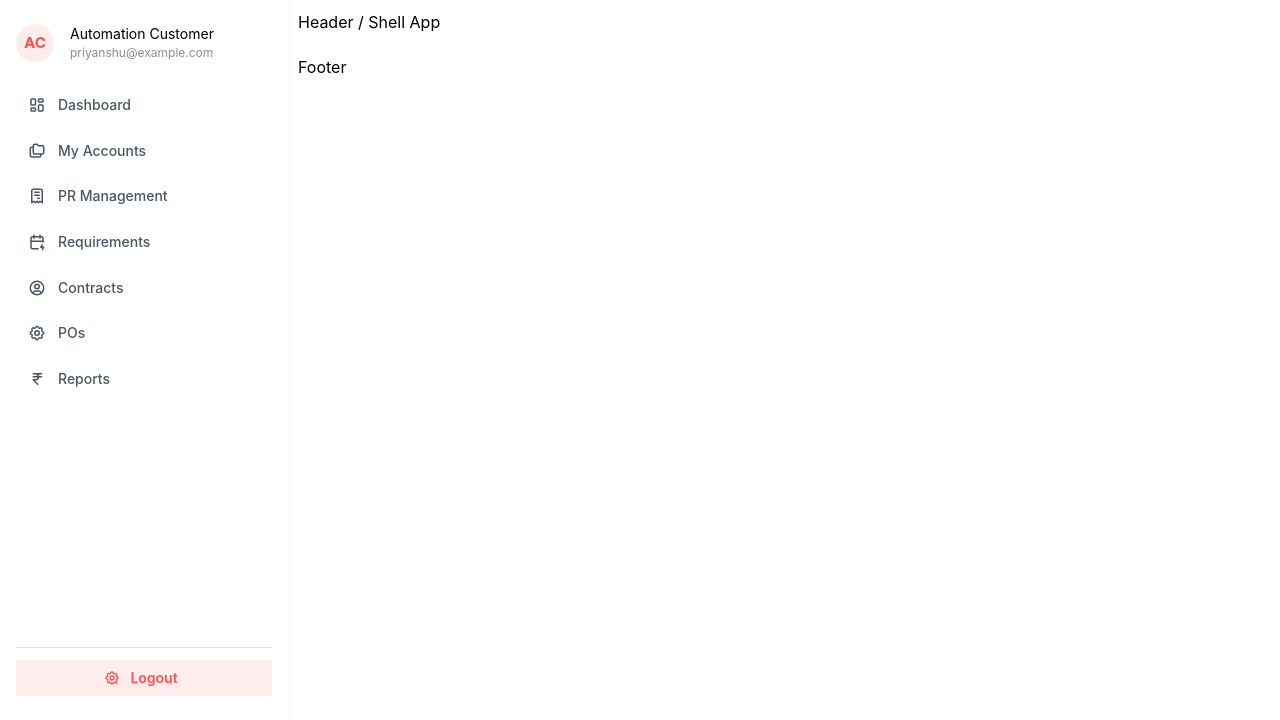
Repository: PriyanshuSahu2/MicroFrontEndReact
Page: / (app in ShellApp/)
These files come from the project's save history. The page is drawn as it stood at one moment and after the next save; the edit follows.
The browser window is 1280 px wide. The pictures show the whole page.
The project was rebuilt for these pictures with package versions that can differ from the ones it lists, and the page was loaded fresh each time. Also part of the build but not shown: ShellApp/vite.config.js.

Above is the page before, as saved 2025-08-30 21:13:15.

### ShellApp/src/main.jsx
import { StrictMode } from "react";
import { createRoot } from "react-dom/client";

import App from "./App.jsx";
import { MantineProvider } from "@mantine/core";

createRoot(document.getElementById("root")).render(
  <StrictMode>
    <MantineProvider
      withGlobalClasses
      defaultColorScheme="light"
      theme={{
        fontFamily: "Inter, sans-serif",
        primaryColor: "indigo",
      }}
    >
      <App />
    </MantineProvider>
  </StrictMode>
);

### ShellApp/src/App.jsx
import { BrowserRouter, Routes, Route } from 'react-router-dom';

import PreRFQPage from 'preRfq/PreRFQPage';
import RFQPage from 'rfq/RFQPage';
import PostRFQPage from 'postRfq/PostRFQPage';
import ShellLayout from './components/Layout';
import "@mantine/core/styles.css";
function App() {
  return (
    <BrowserRouter>
      <Routes>
        <Route path="/" element={<ShellLayout />}>
          <Route path="pre" element={<PreRFQPage />} />
          <Route path="rfq" element={<RFQPage />} />
          <Route path="post" element={<PostRFQPage />} />
        </Route>
      </Routes>
    </BrowserRouter>
  );
}

export default App;

### ShellApp/src/components/Layout.jsx
import {  Box } from "@mantine/core";
import { Outlet } from "react-router-dom";
import Sidebar from "./Sidebar";

export default function ShellLayout() {
  return (
    <Box style={{ display: "flex", minHeight: "100vh" }}>
      <Sidebar />
      <Box sx={{ flex: 1, display: "flex", flexDirection: "column" }}>
        <Box height={60} p="xs">
          Header / Shell App
        </Box>
        <Box sx={{ flex: 1, padding: "16px", backgroundColor: "#fafafa" }}>
          <Outlet />
        </Box>
        <Box height={50} p="xs">
          Footer
        </Box>
      </Box>
    </Box>
  );
}

### ShellApp/src/components/Sidebar.jsx
import {
    IconLayoutDashboard,
    IconSettings,
    IconReceipt,
    IconFolders,
    IconUserCircle,
    IconCurrencyRupee,
    IconCalendarBolt,
  } from "@tabler/icons-react";
  import { Avatar, Button, Divider, Text, Select, Group } from "@mantine/core";
  import { Link } from "react-router-dom";

  const navItems = [
    { name: "Dashboard", icon: IconLayoutDashboard },
    { name: "My Accounts", icon: IconFolders },
    { name: "PR Management", icon: IconReceipt },
    { name: "Requirements", icon: IconCalendarBolt },
    { name: "Contracts", icon: IconUserCircle },
    { name: "POs", icon: IconSettings },
    { name: "Reports", icon: IconCurrencyRupee },
  ];

  export default function Sidebar() {
    const cycles = [
      { label: "Cycle 1", value: "1" },
      { label: "Cycle 2", value: "2" },
    ];

    const user = { name: "Automation Customer", email: "priyanshu@example.com" };

    const sidebarStyle = {
      width: '288px', // 72 * 4
      height: '100vh',
      backgroundColor: 'white',
      boxShadow: '0 0 10px rgba(0,0,0,0.05)',
      display: 'flex',
      flexDirection: 'column',
      justifyContent: 'space-between',
      padding: '24px 16px',
    };

    const topSectionStyle = {
      display: 'flex',
      flexDirection: 'column',
    };

    const userInfoStyle = {
      marginBottom: '24px',
    };

    const navLinkStyle = {
      display: 'flex',
      alignItems: 'center',
      gap: '12px',
      padding: '8px 12px',
      borderRadius: '8px',
      fontSize: '14px',
      fontWeight: 500,
      color: '#4B5563', // gray-700
      textDecoration: 'none',
      transition: 'all 0.2s',
    };



    const bottomSectionStyle = {};

    return (
      <div style={sidebarStyle}>
        <div style={topSectionStyle}>
          <div style={userInfoStyle}>
            <Group align="center" spacing="sm">
              <Avatar radius="xl" color="initials" size="md" name={user.name} />
              <div>
                <Text weight={600} size="sm">{user.name}</Text>
                <Text size="xs" color="dimmed">{user.email}</Text>
              </div>
            </Group>
          </div>

          {/* Nav Links */}
          <div style={{ display: 'flex', flexDirection: 'column', gap: '8px' }}>
            {navItems.map((item) => {
              const Icon = item.icon;
              return (
                <Link
                  key={item.name}
                  to="#"
                  style={navLinkStyle}
                  onMouseEnter={e => e.currentTarget.style.backgroundColor = '#F9FAFB'}
                  onMouseLeave={e => e.currentTarget.style.backgroundColor = 'transparent'}
                >
                  <Icon size={18} />
                  {item.name}
                </Link>
              );
            })}
          </div>
        </div>

        {/* Bottom Section / Logout */}
        <div style={bottomSectionStyle}>
          <Divider my="sm" />
          <Button
            fullWidth
            variant="light"
            color="red"
            leftSection={<IconSettings size={16} />}
          >
            Logout
          </Button>
        </div>
      </div>
    );
  }

Loaded but not shown: ShellApp/index.html (common file)

After the next save:
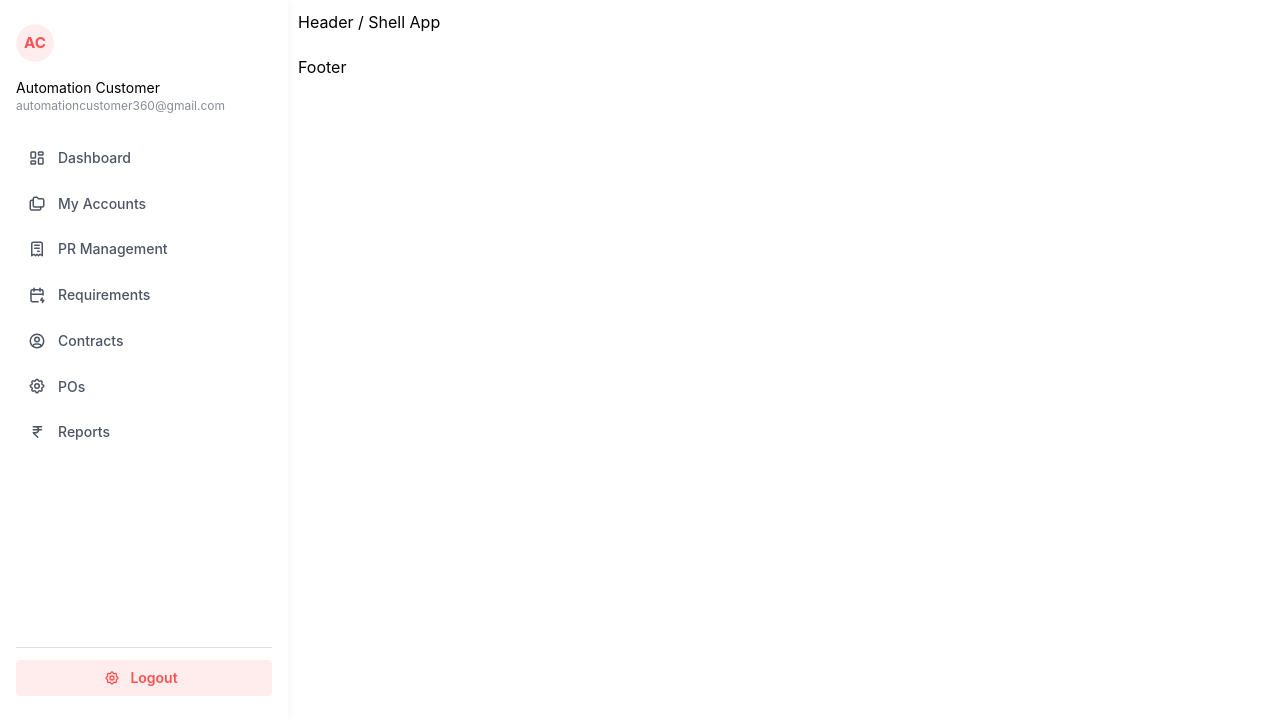
Saved 13 s later.
--- a/ShellApp/src/components/Sidebar.jsx
+++ b/ShellApp/src/components/Sidebar.jsx
@@ -26,7 +26,7 @@ import {
       { label: "Cycle 2", value: "2" },
     ];
 
-    const user = { name: "Automation Customer", email: "priyanshu@example.com" };
+    const user = { name: "Automation Customer", email: "automationcustomer360@gmail.com" };
 
     const sidebarStyle = {
       width: '288px', // 72 * 4
